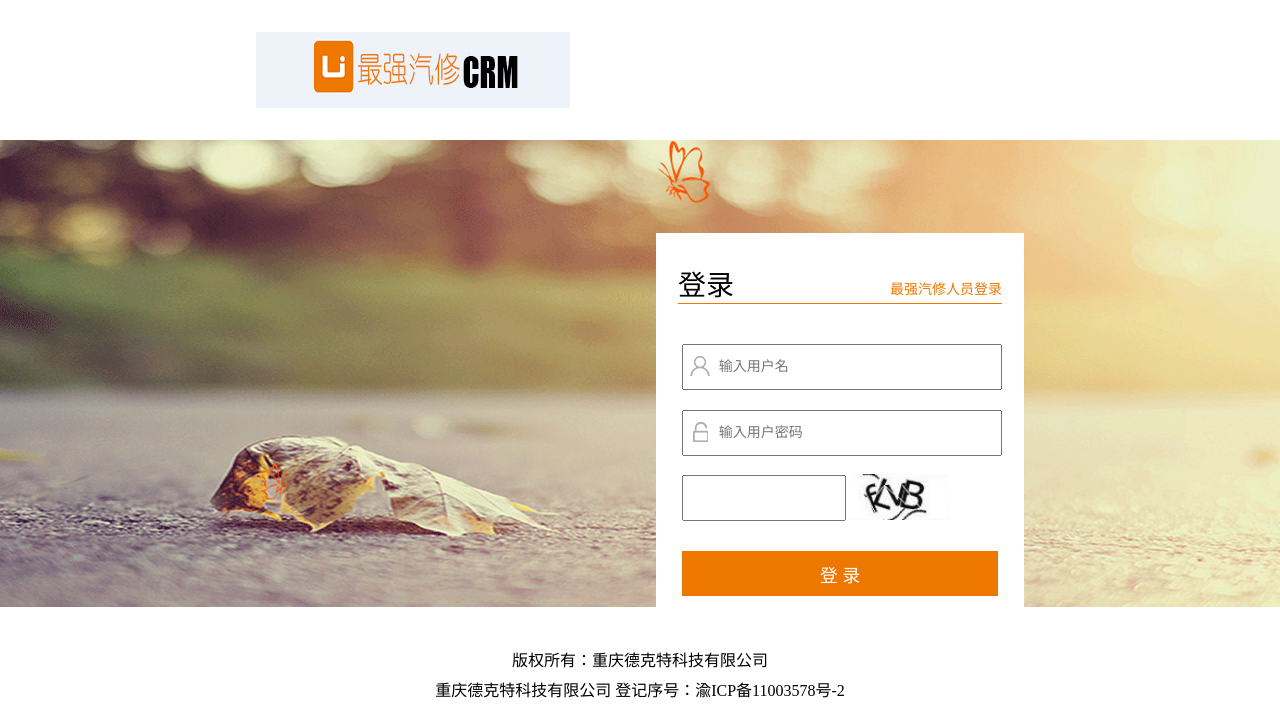
Repository: liaojingrui01/CarRepair
Page: http://localhost/CarWebPro/backstage/log.jsp
An editor plug-in stored every save of this project. The page is shown before and after the next save, followed by the edit.
The browser window is 1280 px wide. The pictures show the whole page.
The page is served by Tomcat 9.

Above is the page before, as saved 2019-07-01 07:17:29.

After the next save:
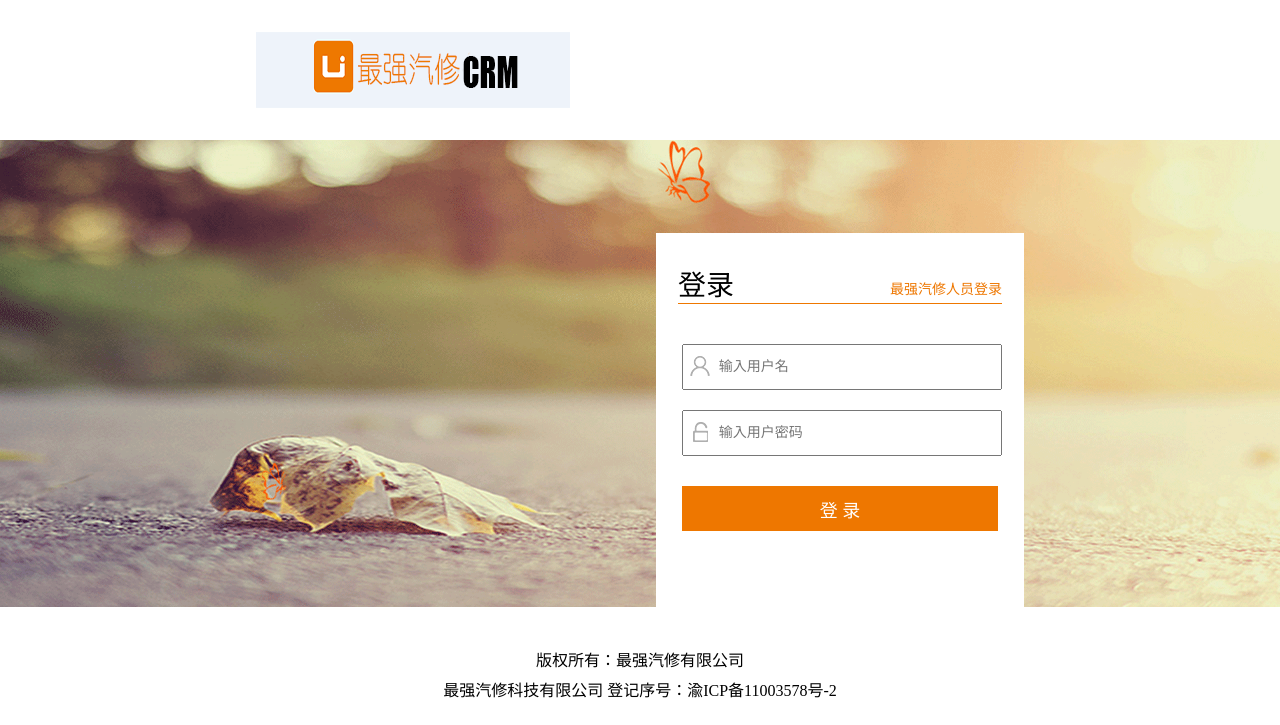
Saved 26 s later.
--- a/CarWebPro/WebContent/backstage/log.jsp
+++ b/CarWebPro/WebContent/backstage/log.jsp
@@ -1,10 +1,10 @@
 <%@ page language="java" contentType="text/html; charset=utf-8"
-    pageEncoding="utf-8"%>
+	pageEncoding="utf-8"%>
 <!DOCTYPE html PUBLIC "-//W3C//DTD XHTML 1.0 Transitional//EN" "http://www.w3.org/TR/xhtml1/DTD/xhtml1-transitional.dtd">
 <html xmlns="http://www.w3.org/1999/xhtml">
 <head>
 <meta http-equiv="Content-Type" content="text/html; charset=utf-8" />
-<title>登录-有点</title>
+<title>最强汽修人员登录页面</title>
 <link rel="stylesheet" type="text/css" href="./css/public.css" />
 <link rel="stylesheet" type="text/css" href="./css/page.css" />
 <script type="text/javascript" src="./js/jquery.min.js"></script>
@@ -19,6 +19,7 @@
 	<!-- 登录页面头部结束 -->
 
 	<!-- 登录body -->
+
 	<div class="logDiv">
 		<img class="logBanner" src="./img/logBanner.png" />
 		<div class="logGet">
@@ -28,31 +29,28 @@
 				<p class="p2">最强汽修人员登录</p>
 			</div>
 			<!-- 输入框 -->
-			<div class="lgD">
-				<img class="img1" src="./img/logName.png" /><input type="text"
-					placeholder="输入用户名" />
-			</div>
-			<div class="lgD">
-				<img class="img1" src="./img/logPwd.png" /><input type="text"
-					placeholder="输入用户密码" />
-			</div>
-			<div class="lgD logD2">
-				<input class="getYZM" type="text" />
-				<div class="logYZM">
-					<img class="yzm" src="./img/logYZM.png" />
+			<form action="${pageContext.request.contextPath }/admUrl?op=login" method="post">
+				<div class="lgD">
+					<img class="img1" src="./img/logName.png" />
+					<input type="text" name="adm_name" value=""  placeholder="输入用户名" />
 				</div>
-			</div>
-			<div class="logC">
-				<button>登 录</button>
-			</div>
+				<div class="lgD">
+					<img class="img1" src="./img/logPwd.png" />
+					<input type="password" name="adm_pwd" value=""  placeholder="输入用户密码" />
+				</div>
+				<div class="logC">
+					<button type="submit">登 录</button>
+				</div>
+			</form>
 		</div>
 	</div>
+
 	<!-- 登录body  end -->
 
 	<!-- 登录页面底部 -->
 	<div class="logFoot">
-		<p class="p1">版权所有：重庆德克特科技有限公司</p>
-		<p class="p2">重庆德克特科技有限公司 登记序号：渝ICP备11003578号-2</p>
+		<p class="p1">版权所有：最强汽修有限公司</p>
+		<p class="p2">最强汽修科技有限公司 登记序号：渝ICP备11003578号-2</p>
 	</div>
 	<!-- 登录页面底部end -->
 </body>
